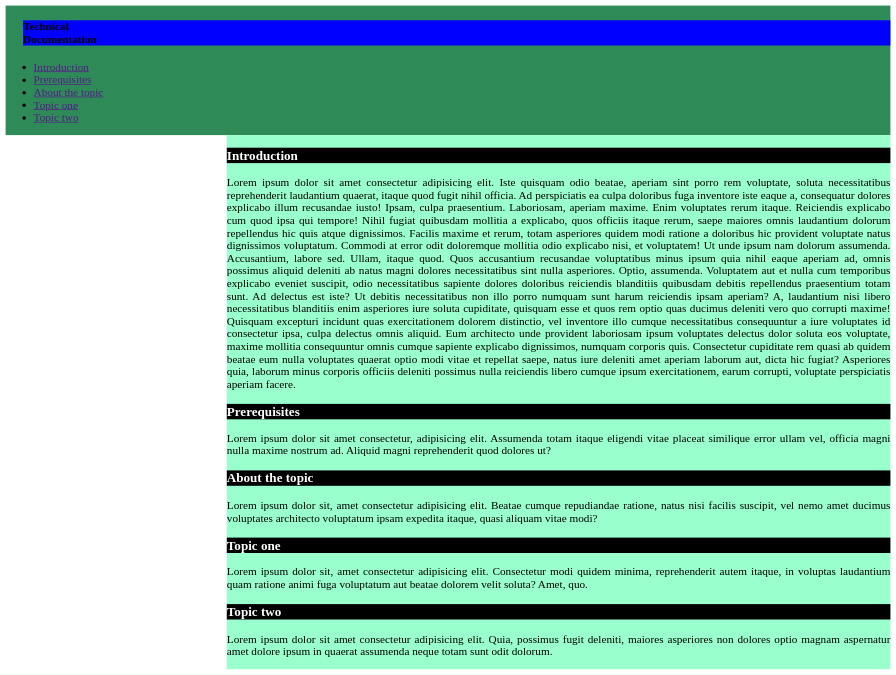
Repository: JoaoLemesDEV/Excercise-Tech-Documentation-Page
Page: index.html
An editor plug-in stored every save of this project. The page is shown before and after the next save, followed by the edit.
The browser window is 1280 px wide. The pictures show the part of the page from y = 0 to 1920 px (the page is 964 px tall before and 6725 px after), at 70% of full size.

Above is the page before, as saved 2021-10-03 20:57:32.

### index.html
<!DOCTYPE html>
<html lang="en">
  <head>
    <meta charset="UTF-8" />
    <meta http-equiv="X-UA-Compatible" content="IE=edge" />
    <meta name="viewport" content="width=device-width, initial-scale=1.0" />
    <title>Technical Documentaion</title>
    <link rel="stylesheet" href="index.css" />
  </head>
  <body>
    <div class="wrapper">
      <div id="menu">
        <h4 text-align="left">Technical<br />Documentation</h4>
        <nav>
          <ul>
            <li><a href="">Introduction</a></li>
            <li><a href="">Prerequisites</a></li>
            <li><a href="">About the topic</a></li>
            <li><a href="">Topic one</a></li>
            <li><a href="">Topic two</a></li>
          </ul>
        </nav>
      </div>
      <div id="contents">
        <section id="introduction">
          <h3 style="background: black; color: white">Introduction</h3>
          <p>
            Lorem ipsum dolor sit amet consectetur adipisicing elit. Iste
            quisquam odio beatae, aperiam sint porro rem voluptate, soluta
            necessitatibus reprehenderit laudantium quaerat, itaque quod fugit
            nihil officia. Ad perspiciatis ea culpa doloribus fuga inventore
            iste eaque a, consequatur dolores explicabo illum recusandae iusto!
            Ipsam, culpa praesentium. Laboriosam, aperiam maxime. Enim
            voluptates rerum itaque. Reiciendis explicabo cum quod ipsa qui
            tempore! Nihil fugiat quibusdam mollitia a explicabo, quos officiis
            itaque rerum, saepe maiores omnis laudantium dolorum repellendus hic
            quis atque dignissimos. Facilis maxime et rerum, totam asperiores
            quidem modi ratione a doloribus hic provident voluptate natus
            dignissimos voluptatum. Commodi at error odit doloremque mollitia
            odio explicabo nisi, et voluptatem! Ut unde ipsum nam dolorum
            assumenda. Accusantium, labore sed. Ullam, itaque quod. Quos
            accusantium recusandae voluptatibus minus ipsum quia nihil eaque
            aperiam ad, omnis possimus aliquid deleniti ab natus magni dolores
            necessitatibus sint nulla asperiores. Optio, assumenda. Voluptatem
            aut et nulla cum temporibus explicabo eveniet suscipit, odio
            necessitatibus sapiente dolores doloribus reiciendis blanditiis
            quibusdam debitis repellendus praesentium totam sunt. Ad delectus
            est iste? Ut debitis necessitatibus non illo porro numquam sunt
            harum reiciendis ipsam aperiam? A, laudantium nisi libero
            necessitatibus blanditiis enim asperiores iure soluta cupiditate,
            quisquam esse et quos rem optio quas ducimus deleniti vero quo
            corrupti maxime! Quisquam excepturi incidunt quas exercitationem
            dolorem distinctio, vel inventore illo cumque necessitatibus
            consequuntur a iure voluptates id consectetur ipsa, culpa delectus
            omnis aliquid. Eum architecto unde provident laboriosam ipsum
            voluptates delectus dolor soluta eos voluptate, maxime mollitia
            consequuntur omnis cumque sapiente explicabo dignissimos, numquam
            corporis quis. Consectetur cupiditate rem quasi ab quidem beatae eum
            nulla voluptates quaerat optio modi vitae et repellat saepe, natus
            iure deleniti amet aperiam laborum aut, dicta hic fugiat? Asperiores
            quia, laborum minus corporis officiis deleniti possimus nulla
            reiciendis libero cumque ipsum exercitationem, earum corrupti,
            voluptate perspiciatis aperiam facere.
          </p>
        </section>
        <section id="Prerequisites">
          <h3 style="background: black; color: white">Prerequisites</h3>
          <p>
            Lorem ipsum dolor sit amet consectetur, adipisicing elit. Assumenda
            totam itaque eligendi vitae placeat similique error ullam vel,
            officia magni nulla maxime nostrum ad. Aliquid magni reprehenderit
            quod dolores ut?
          </p>
        </section>
        <section id="about the topic">
          <h3 style="background: black; color: white">About the topic</h3>
          <p>
            Lorem ipsum dolor sit, amet consectetur adipisicing elit. Beatae
            cumque repudiandae ratione, natus nisi facilis suscipit, vel nemo
            amet ducimus voluptates architecto voluptatum ipsam expedita itaque,
            quasi aliquam vitae modi?
          </p>
        </section>
        <section id="topic one">
          <h3 style="background: black; color: white">Topic one</h3>
          <p>
            Lorem ipsum dolor sit, amet consectetur adipisicing elit.
            Consectetur modi quidem minima, reprehenderit autem itaque, in
            voluptas laudantium quam ratione animi fuga voluptatum aut beatae
            dolorem velit soluta? Amet, quo.
          </p>
        </section>
        <section id="topic two">
          <h3 style="background: black; color: white">Topic two</h3>
          <p>
            Lorem ipsum dolor sit amet consectetur adipisicing elit. Quia,
            possimus fugit deleniti, maiores asperiores non dolores optio magnam
            aspernatur amet dolore ipsum in quaerat assumenda neque totam sunt
            odit dolorum.
          </p>
        </section>
      </div>
    </div>
  </body>
</html>

### index.css
#menu{
float: left;
background-color: seagreen;
grid-row-start: 1;
grid-row-end: 2;

}

.wrapper {
    display: grid;
    //grid-template-columns: 100px 100px 100px;
    //grid-template-rows: 150px 150px;
}

#menu h4{
margin-left: 25px;
background-color: blue;
}

#contents{
  background-color: cadetblue;
	margin-left: 25%;
	background: #9FC;
  text-align: justify;
}

After the next save:
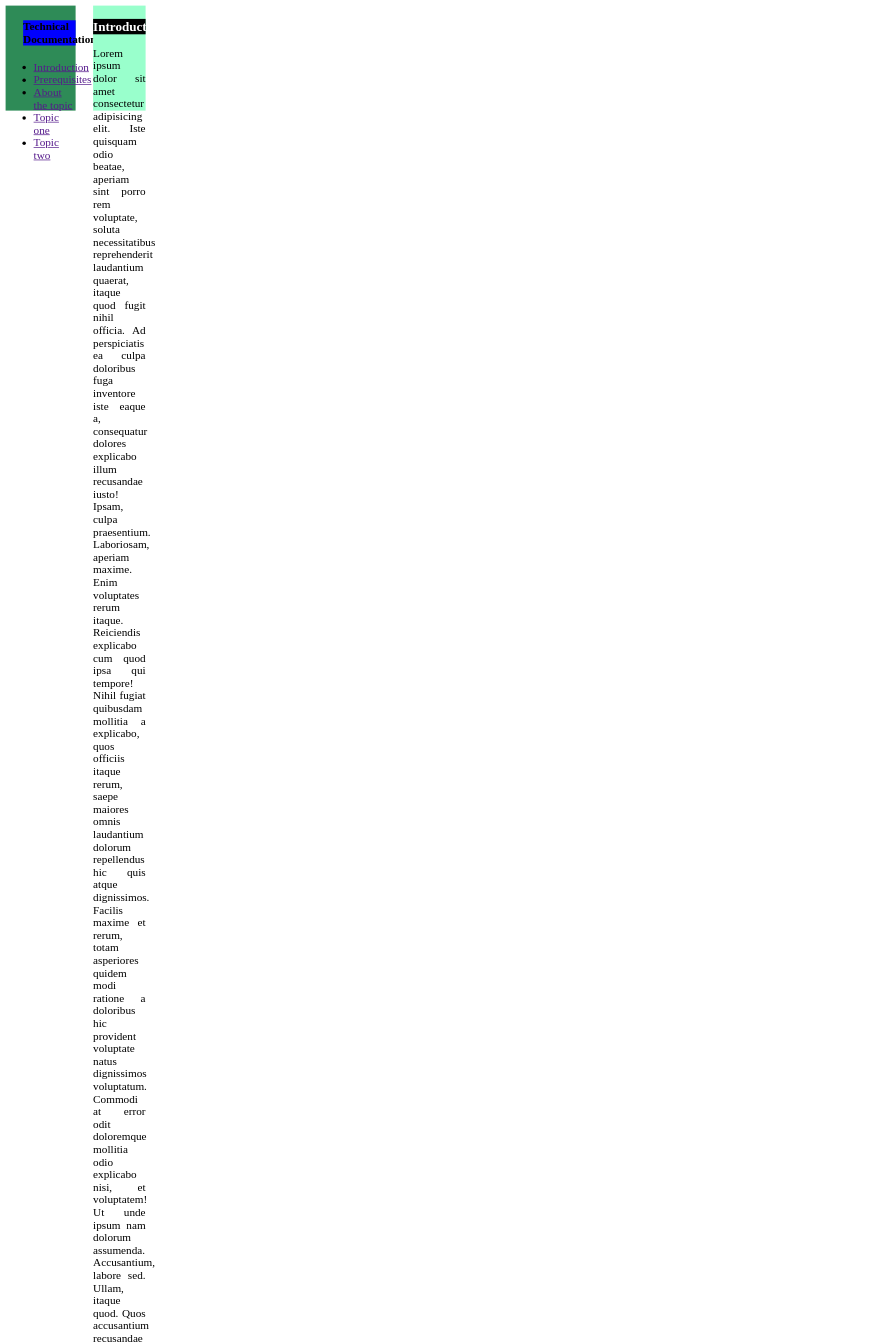
Saved 42 s later.
--- a/index.css
+++ b/index.css
@@ -8,8 +8,8 @@
 
 .wrapper {
     display: grid;
-    //grid-template-columns: 100px 100px 100px;
-    //grid-template-rows: 150px 150px;
+    grid-template-columns: 100px 100px 100px;
+    grid-template-rows: 150px 150px;
 }
 
 #menu h4{

After the 6 saves that followed:
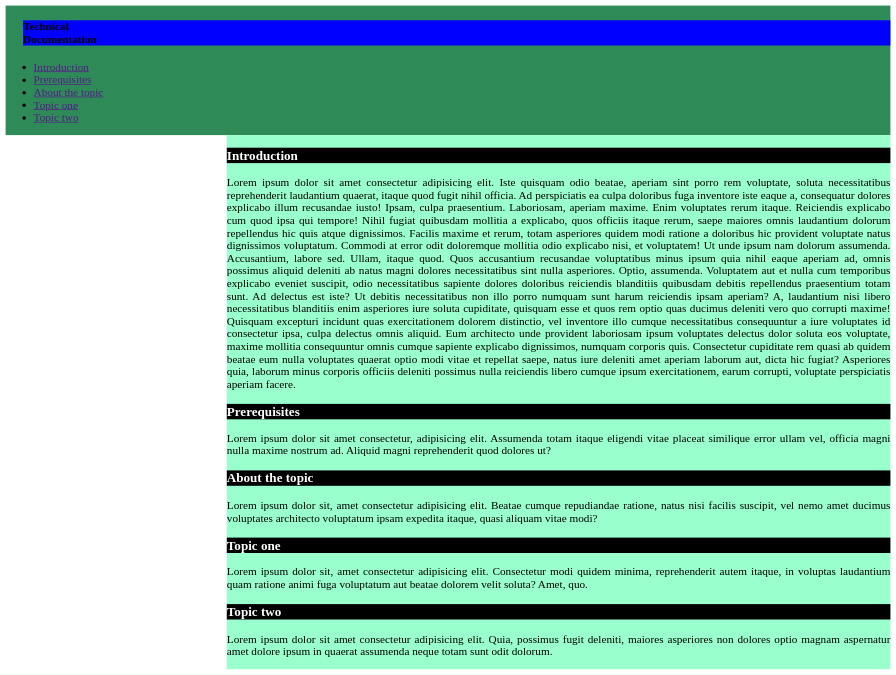
The 6 saves are shown as one change because they came seconds apart.
The last was saved 52 s later.
--- a/index.css
+++ b/index.css
@@ -1,15 +1,15 @@
 #menu{
 float: left;
 background-color: seagreen;
-grid-row-start: 1;
-grid-row-end: 2;
+//grid-row-start: 1;
+//grid-row-end: 2;
 
 }
 
 .wrapper {
     display: grid;
-    grid-template-columns: 100px 100px 100px;
-    grid-template-rows: 150px 150px;
+    //grid-template-columns: 100px 100px 100px;
+    //grid-template-rows: 150px 150px;
 }
 
 #menu h4{
